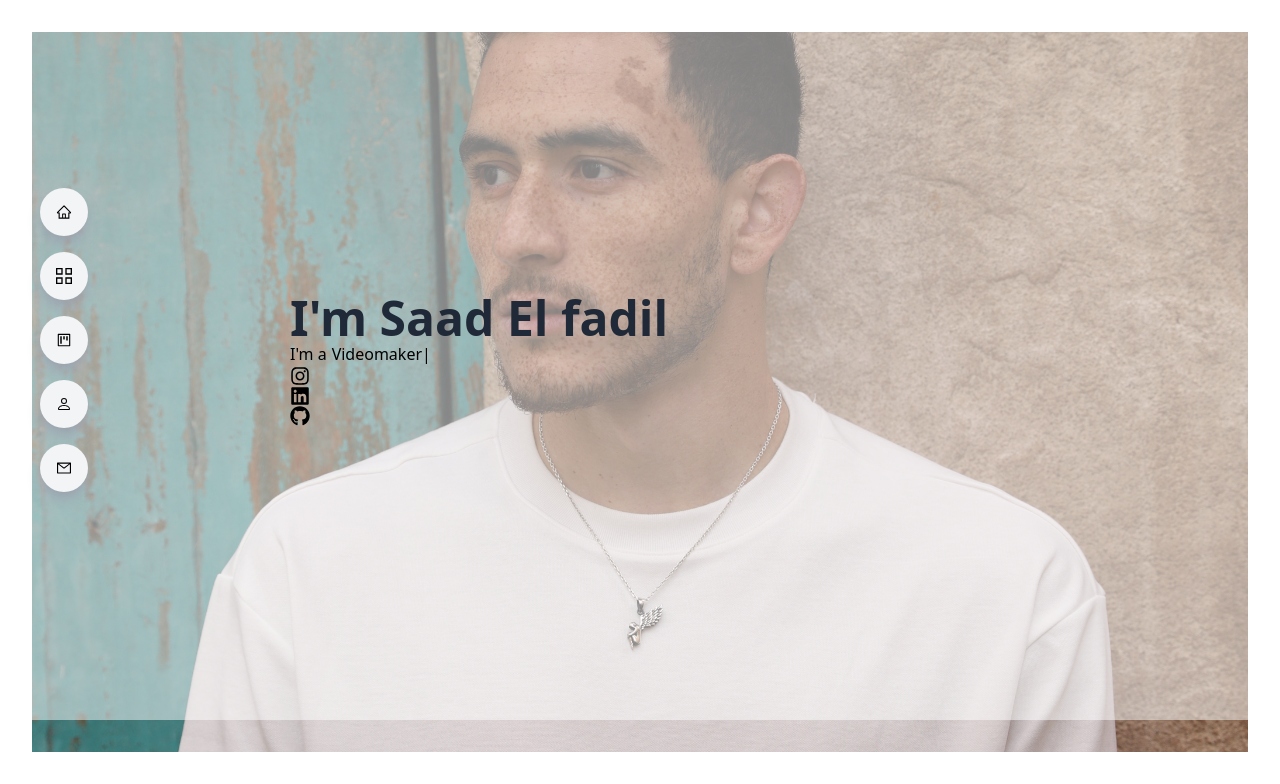
Repository: Saadelfadil/saadelfadil.github.io
Page: /
An editor plug-in stored every save of this project. The page is shown before and after a run of saves, followed by the edit.
The browser window is 1280 px wide. The pictures show the whole page.
The project was rebuilt for these pictures with package versions that can differ from the ones it lists, and the page was loaded fresh each time. Also part of the build but not shown: vite.config.js.

Above is the page before, as saved 2023-02-26 17:03:40.

### src/App.jsx
import './App.css'
import Sidenave from './components/Sidenave'
import Main from './components/Main'

function App() {

  return (
    <div>
      <Sidenave />
      <Main />
    </div>
  )
}

export default App

### src/components/Sidenave.jsx
import React, { useState } from "react";
import { AiOutlineHome, AiOutlineMail, AiOutlineMenu, AiOutlineProject } from "react-icons/ai"
import { GrProjects } from "react-icons/gr"
import { BsPerson } from "react-icons/bs"

const Sidenave = () => {
    const [nav, setNav] = useState(false)

    const handleNav = () => {
        setNav((prev) => prev = !nav);
    };

  return (
    <div>
        <AiOutlineMenu onClick={handleNav} className="absolute top-4 right-4 z-[100] md:hidden"/>
        {
            nav ? (
                <div className="fixed w-full h-screen bg-white/90 flex flex-col justify-center items-center z-20">
                    <a href="#main" className="w-[75%] flex justify-center rounded-full shadow-lg bg-gray-100 shadow-gray-400 m-2 p-4 cursor-pointer hover:scale-110 ease-in duration-200">
                        <AiOutlineHome size={20}/>
                        <span className="pl-4">Home</span>
                    </a>
                    <a href="#work" className="w-[75%] flex justify-center rounded-full shadow-lg bg-gray-100 shadow-gray-400 m-2 p-4 cursor-pointer hover:scale-110 ease-in duration-200">
                        <GrProjects size={20}/>
                        <span className="pl-4">Work</span>
                    </a>
                    <a href="#projects" className="w-[75%] flex justify-center rounded-full shadow-lg bg-gray-100 shadow-gray-400 m-2 p-4 cursor-pointer hover:scale-110 ease-in duration-200">
                        <AiOutlineProject size={20}/>
                        <span className="pl-4">Projects</span>
                    </a>
                    <a href="#main" className="w-[75%] flex justify-center rounded-full shadow-lg bg-gray-100 shadow-gray-400 m-2 p-4 cursor-pointer hover:scale-110 ease-in duration-200">
                        <BsPerson size={20}/>
                        <span className="pl-4">Resume</span>
                    </a>
                    <a href="#contact" className="w-[75%] flex justify-center rounded-full shadow-lg bg-gray-100 shadow-gray-400 m-2 p-4 cursor-pointer hover:scale-110 ease-in duration-200">
                        <AiOutlineMail size={20}/>
                        <span className="pl-4">Contact</span>
                    </a>
                </div>
            ) : ""
        }

        <div className="md:block hidden fixed top-[25%] z-10">
            <div className="flex flex-col">
                <a href="#main" className="rounded-full shadow-lg bg-gray-100 shadow-gray-400 m-2 p-4 cursor-pointer hover:scale-110 ease-in duration-300 ">
                    <AiOutlineHome />
                </a>
                <a href="#work" className="rounded-full shadow-lg bg-gray-100 shadow-gray-400 m-2 p-4 cursor-pointer hover:scale-110 ease-in duration-300 ">
                    <GrProjects />
                </a>
                <a href="#projects" className="rounded-full shadow-lg bg-gray-100 shadow-gray-400 m-2 p-4 cursor-pointer hover:scale-110 ease-in duration-300 ">
                    <AiOutlineProject />
                </a>
                <a href="#main" className="rounded-full shadow-lg bg-gray-100 shadow-gray-400 m-2 p-4 cursor-pointer hover:scale-110 ease-in duration-300 ">
                    <BsPerson />
                </a>
                <a href="#contact" className="rounded-full shadow-lg bg-gray-100 shadow-gray-400 m-2 p-4 cursor-pointer hover:scale-110 ease-in duration-300 ">
                    <AiOutlineMail />
                </a>
            </div>
        </div>
    </div>
  )
};

export default Sidenave;

### src/components/Main.jsx
import React from "react";
import { TypeAnimation } from "react-type-animation"
import { FaGithub, FaInstagram, FaLinkedin } from "react-icons/fa"

const Main = () => {
  return (
    <div id="main">
        <img className="w-full h-screen object-cover object-right " src="/src/assets/saadelfadil.jpg" alt="saadelfadil" />
        <div className="w-full h-screen absolute top-0 left-0 bg-white/50 ">
            <div className="max-w-[700px] m-auto h-full w-full flex flex-col justify-center lg:items-start items-center ">
                <h1 className="sm:text-5xl text-4xl font-bold text-gray-800">I'm Saad El fadil</h1>
                <h2 className="flex">I'm a
                    <TypeAnimation
                        sequence={[
                            'Software Engineer', // Types 'One'
                            1000, // Waits 1s
                            'Videomaker', // Deletes 'One' and types 'Two'
                            2000, // Waits 2s
                        ]}
                        wrapper="div"
                        cursor={true}
                        repeat={Infinity}
                        style={{ fontSize: '1em', paddingLeft: "5px" }}
                    />
                </h2>
                <div>
                        <FaInstagram size={20} className="cursor-pointer"/>
                        <FaLinkedin size={20} className="cursor-pointer"/>
                        <FaGithub size={20} className="cursor-pointer"/>
                </div>
            </div>
        </div>
    </div>
  )
};

export default Main;

Loaded but not shown: index.html (common file); src/main.jsx (common file); src/index.css (common file); src/App.css (common file); tailwind.config.cjs (common file)

After the next 4 saves:
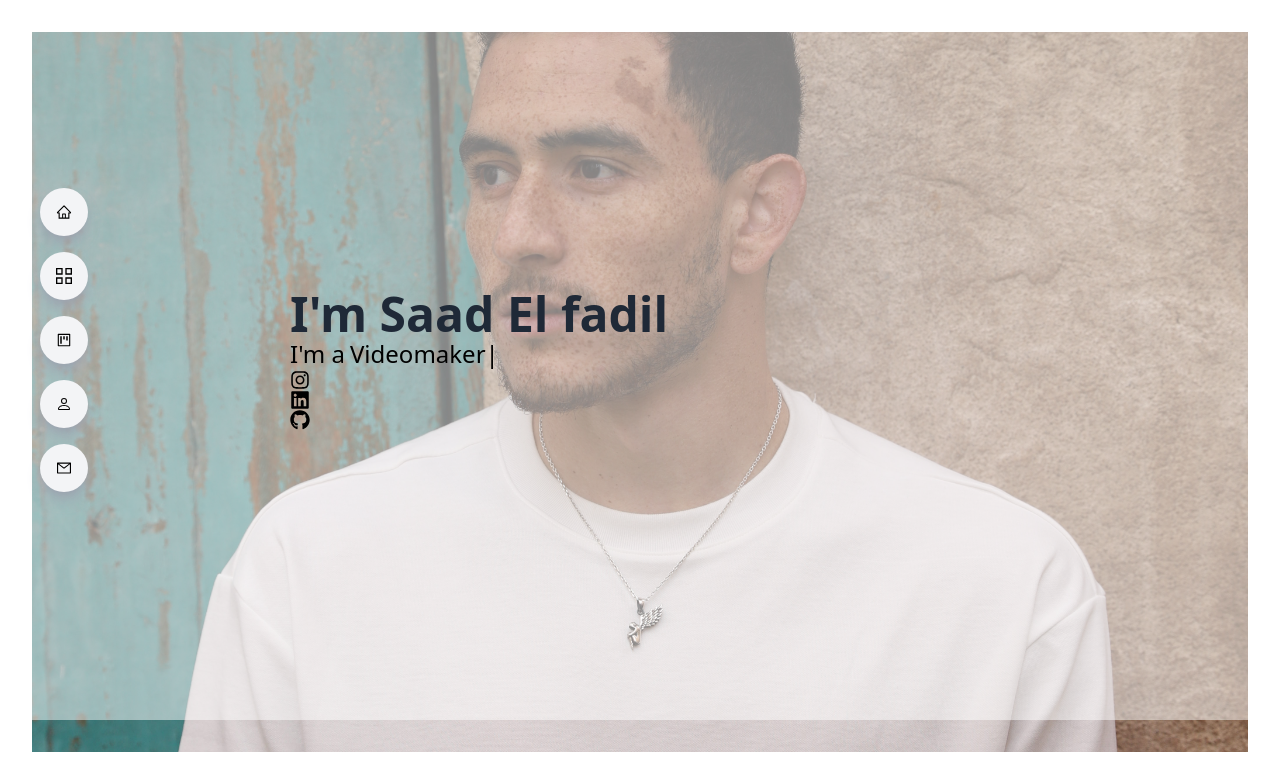
The 4 saves are shown as one change because they came seconds apart.
The last was saved 11 s later.
--- a/src/components/Main.jsx
+++ b/src/components/Main.jsx
@@ -9,7 +9,7 @@ const Main = () => {
         <div className="w-full h-screen absolute top-0 left-0 bg-white/50 ">
             <div className="max-w-[700px] m-auto h-full w-full flex flex-col justify-center lg:items-start items-center ">
                 <h1 className="sm:text-5xl text-4xl font-bold text-gray-800">I'm Saad El fadil</h1>
-                <h2 className="flex">I'm a
+                <h2 className="flex sm:text-2xl ">I'm a
                     <TypeAnimation
                         sequence={[
                             'Software Engineer', // Types 'One'
